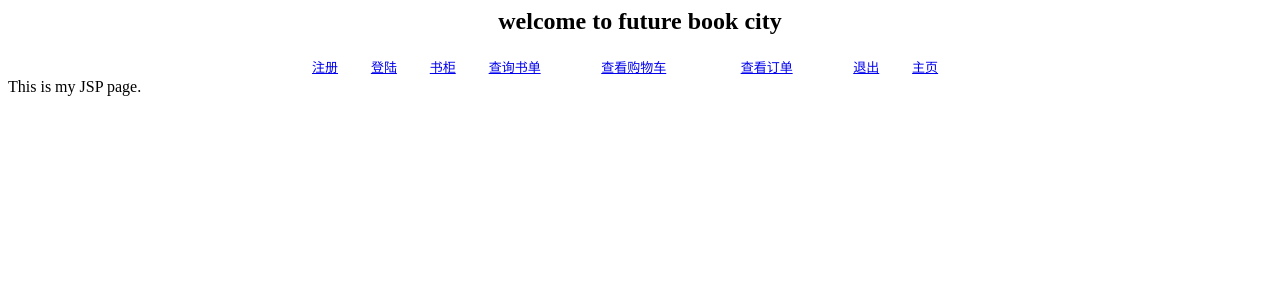
Repository: littleNiq/jsp
Page: http://localhost/mobileShop/searchMobile.jsp
An editor plug-in stored every save of this project. The page is shown before and after the next save, followed by the edit.
The browser window is 1280 px wide. The pictures show the whole page.
The page is served by Tomcat 9. Nobody is signed in. The application's start-up code is not run. Other server files are loaded and not shown.

Above is the page before, as saved 2016-09-02 12:20:53.

### jsp/myworkspace/mobileShop/WebRoot/searchMobile.jsp
<%@ page contentType="text/html;charset=utf-8"%>
<%
String path = request.getContextPath();
String basePath = request.getScheme()+"://"+request.getServerName()+":"+request.getServerPort()+path+"/";
%>

<!DOCTYPE HTML PUBLIC "-//W3C//DTD HTML 4.01 Transitional//EN">
<html>
  <head>
    <%@ include file="head.txt"%>
  </head>

  <body>
    This is my JSP page. <br>
  </body>
</html>

### jsp/myworkspace/mobileShop/WebRoot/head.txt
<%@ page contentType="text/html;charset=utf-8"%>
<div align="center">
  <h2>welcome to future book city</h2>
  <table cellSpacing="1" cellPadding="1" width="660" align="center" border="0">
    <tr valign="buttom">
     <td><a href="inputRegisterMess.jsp"><font size="2" >注册</font></a></td>
     <td><a href="login.jsp"><font size="2" >登陆</font></a></td>
     <td><a href="lookMobile.jsp"><font size="2" >书柜</font></a></td>
     <td><a href="searchMobile.jsp"><font size="2" >查询书单</font></a></td>
     <td><a href="lookShoppingCar.jsp"><font size="2" >查看购物车</font></a></td>
     <td><a href="lookOrderForm.jsp"><font size="2" >查看订单</font></a></td>
     <td><a href="exitServlet"><font size="2" >退出</font></a></td>
     <td><a href="index.jsp"><font size="2" >主页</font></a></td>
    </tr>
  </table>
</div>

After the next save:
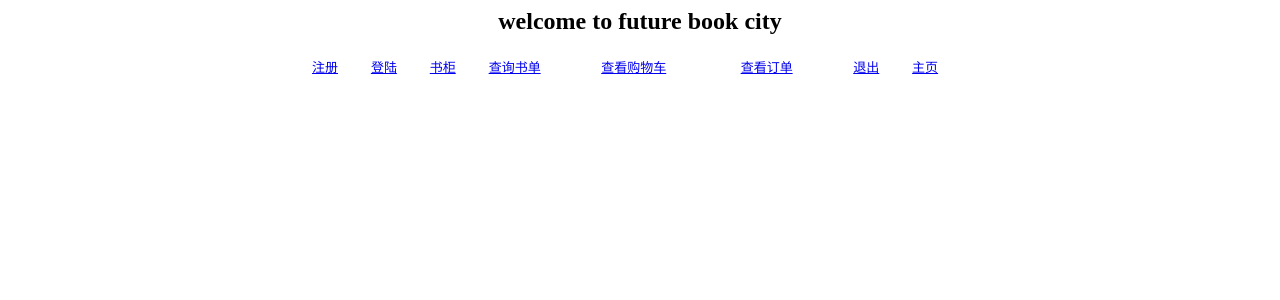
Saved 19 s later.
--- a/jsp/myworkspace/mobileShop/WebRoot/searchMobile.jsp
+++ b/jsp/myworkspace/mobileShop/WebRoot/searchMobile.jsp
@@ -1,16 +1,9 @@
 <%@ page contentType="text/html;charset=utf-8"%>
-<%
-String path = request.getContextPath();
-String basePath = request.getScheme()+"://"+request.getServerName()+":"+request.getServerPort()+path+"/";
-%>
-
-<!DOCTYPE HTML PUBLIC "-//W3C//DTD HTML 4.01 Transitional//EN">
 <html>
   <head>
     <%@ include file="head.txt"%>
   </head>
+  <body>
 
-  <body>
-    This is my JSP page. <br>
   </body>
 </html>
